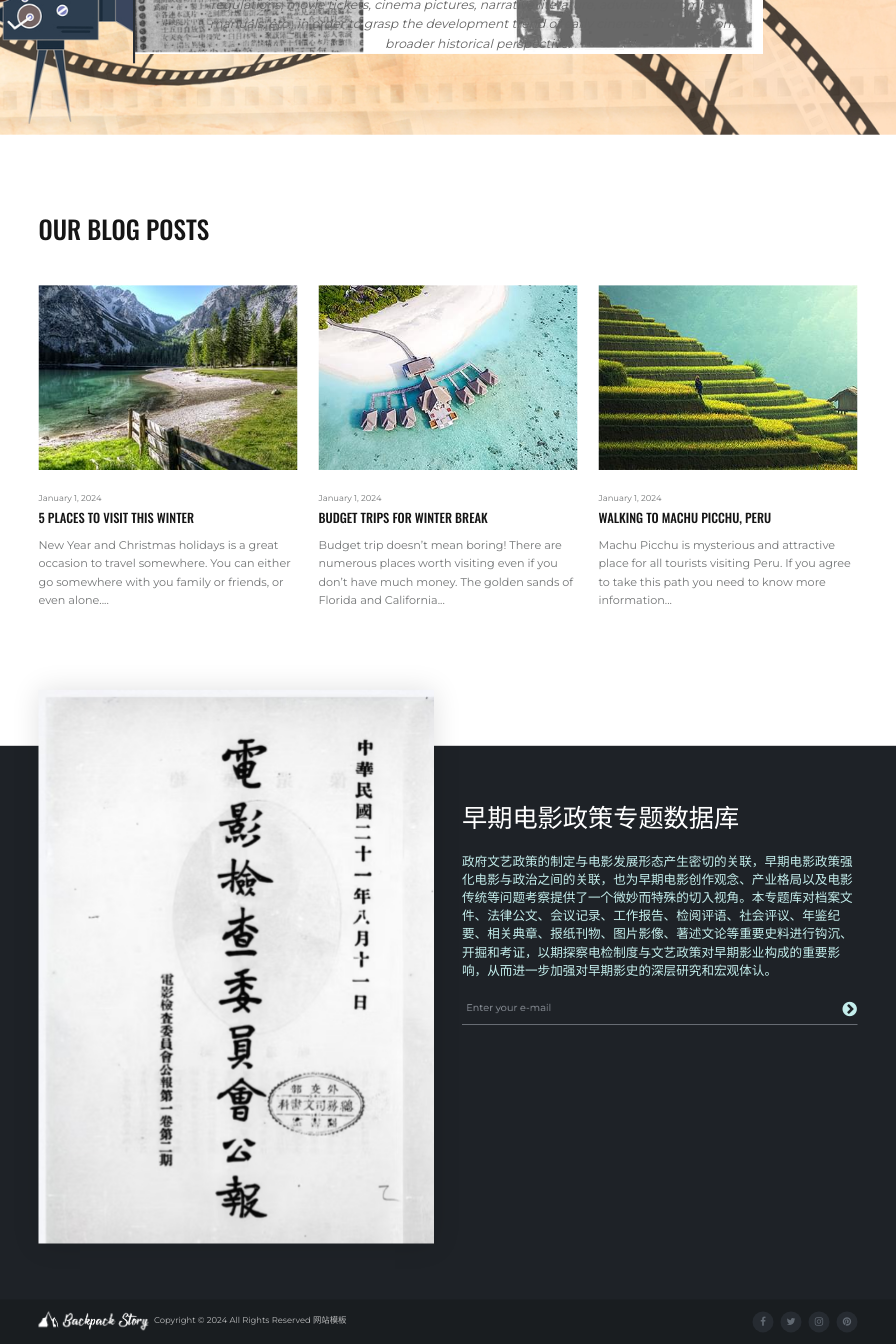
Repository: Jquarker/Modern-Film-Database
Page: index.html
The author's editor kept a copy of each file at every save. The page is drawn from the files as they stood at one save, then again after a run of saves.
The browser window is 1280 px wide. The pictures show the part of the page from y = 4439 to 6359 px (the page is 6359 px tall), at 70% of full size.

Above is the page before, as saved 2025-02-21 15:27:43.

After the next 2 saves:
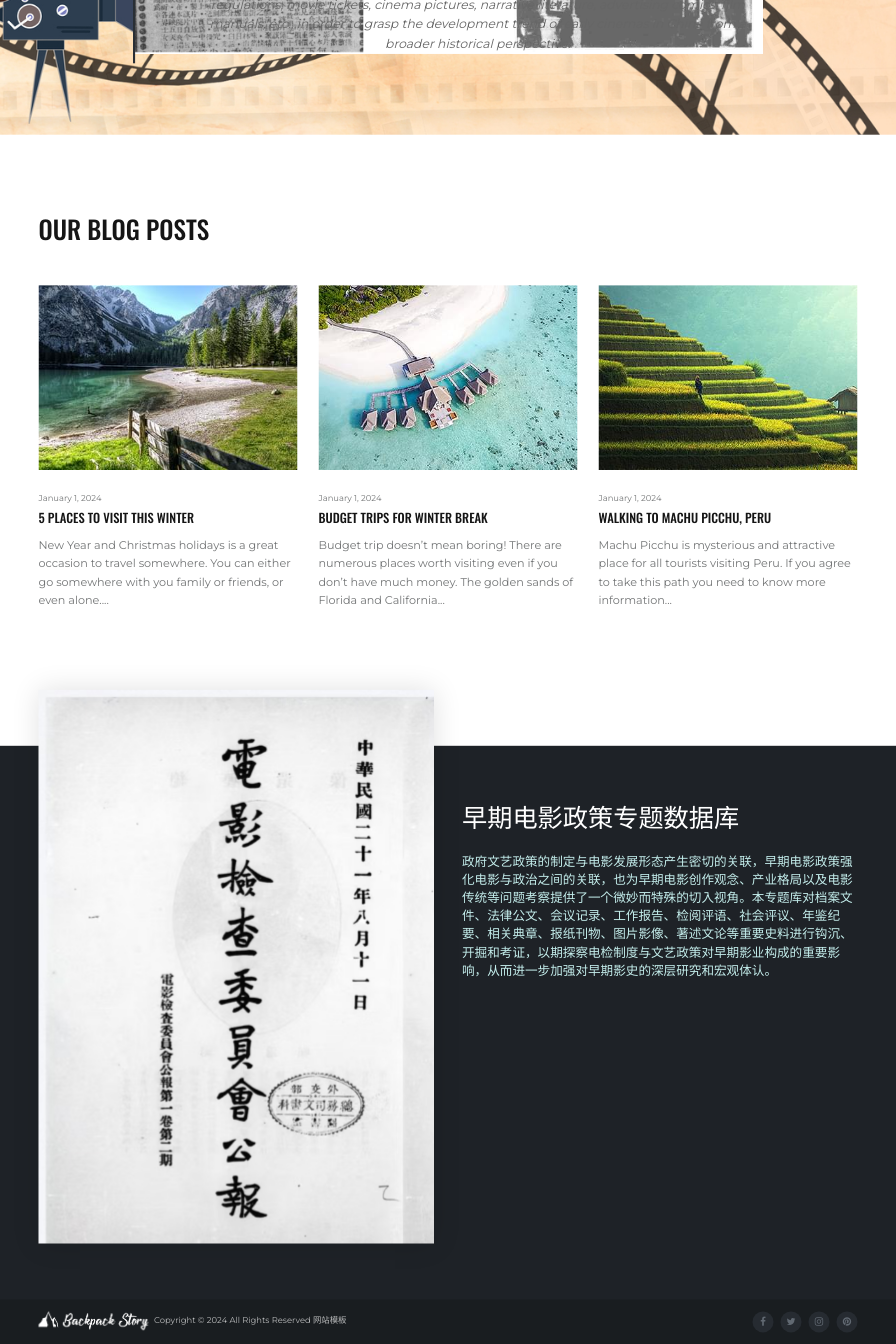
The 2 saves are shown as one change because they came seconds apart.
The last was saved 25 s later.
--- a/index.html
+++ b/index.html
@@ -338,13 +338,6 @@
                 <h2>早期电影政策专题数据库</h2>
                 <h5 class="text-primary">政府文艺政策的制定与电影发展形态产生密切的关联，早期电影政策强化电影与政治之间的关联，也为早期电影创作观念、产业格局以及电影传统等问题考察提供了一个微妙而特殊的切入视角。本专题库对档案文件、法律公文、会议记录、工作报告、检阅评语、社会评议、年鉴纪要、相关典章、报纸刊物、图片影像、著述文论等重要史料进行钩沉、开掘和考证，以期探察电检制度与文艺政策对早期影业构成的重要影响，从而进一步加强对早期影史的深层研究和宏观体认。</h5>
                 <form class="rd-form rd-mailform rd-form-inline subscribe-form" data-form-output="form-output-global" data-form-type="subscribe" method="post" action="bat/rd-mailform.php">
-                  <div class="form-wrap">
-                    <input class="form-input" id="subscribe-form-email-5" type="email" name="email" data-constraints="@Email @Required">
-                    <label class="form-label" for="subscribe-form-email-5">Enter your e-mail</label>
-                    <div class="form-button">
-                      <button class="button button-primary fa fa-chevron-circle-right" type="submit"></button>
-                    </div>
-                  </div>
                 </form>
               </div>
             </div>
